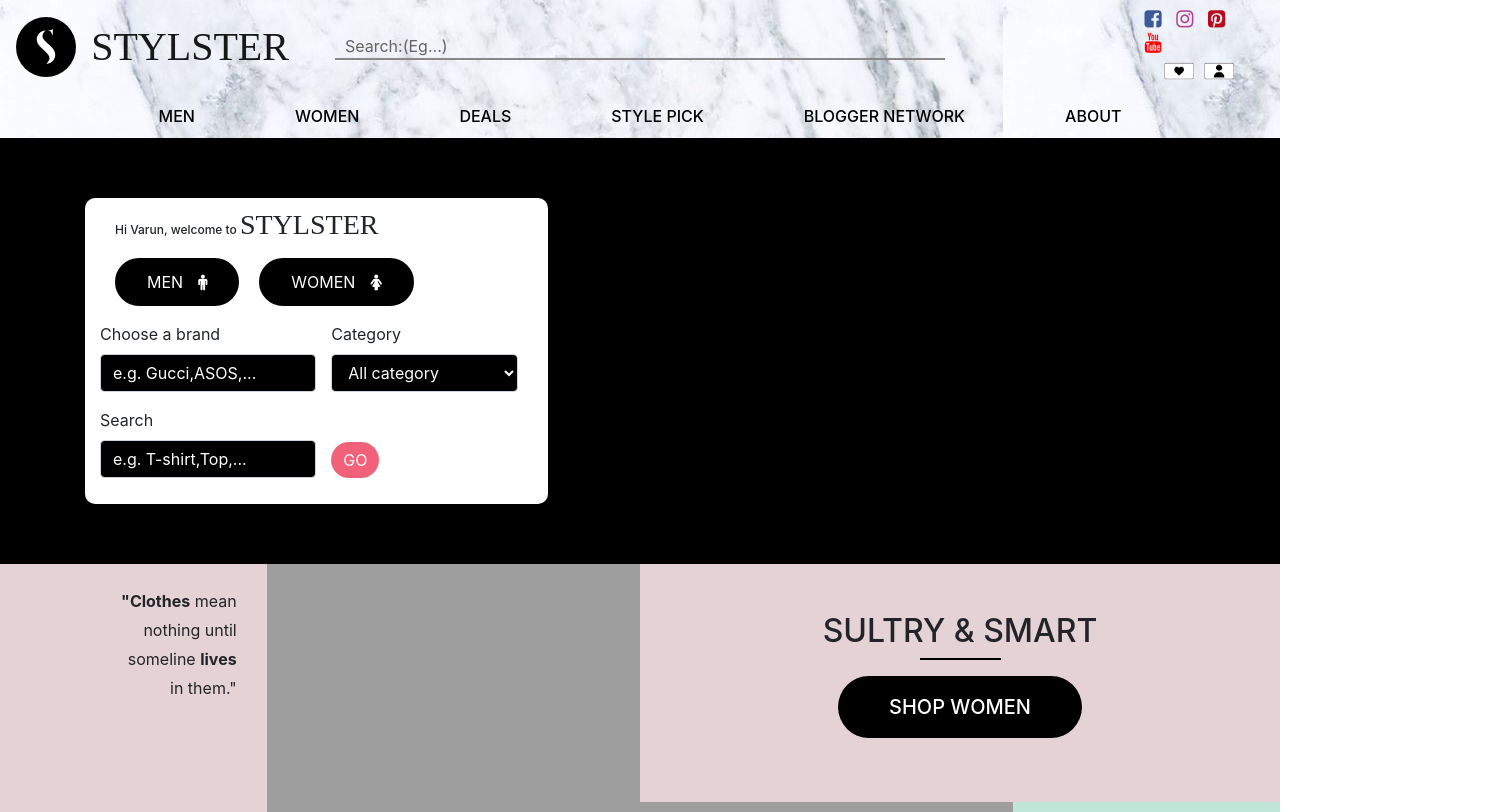
Repository: Lovekr/stylester
Page: stylster_frontend_design/index.html
These files come from the project's save history. The page is drawn as it stood at one moment and after the next save; the edit follows.
The browser window is 1280 px wide. The page is 1502 px wide, so the pictures cover 1502 px, including what lies to the right of the window. The pictures show the part of the page from y = 0 to 812 px (the page is 4577 px tall).
Pictures or frames that could not be fetched are drawn as grey boxes. Some web fonts or font styles are not loaded; a fallback is used.

Above is the page before, as saved 2020-03-13 12:17:46.

After the next save:
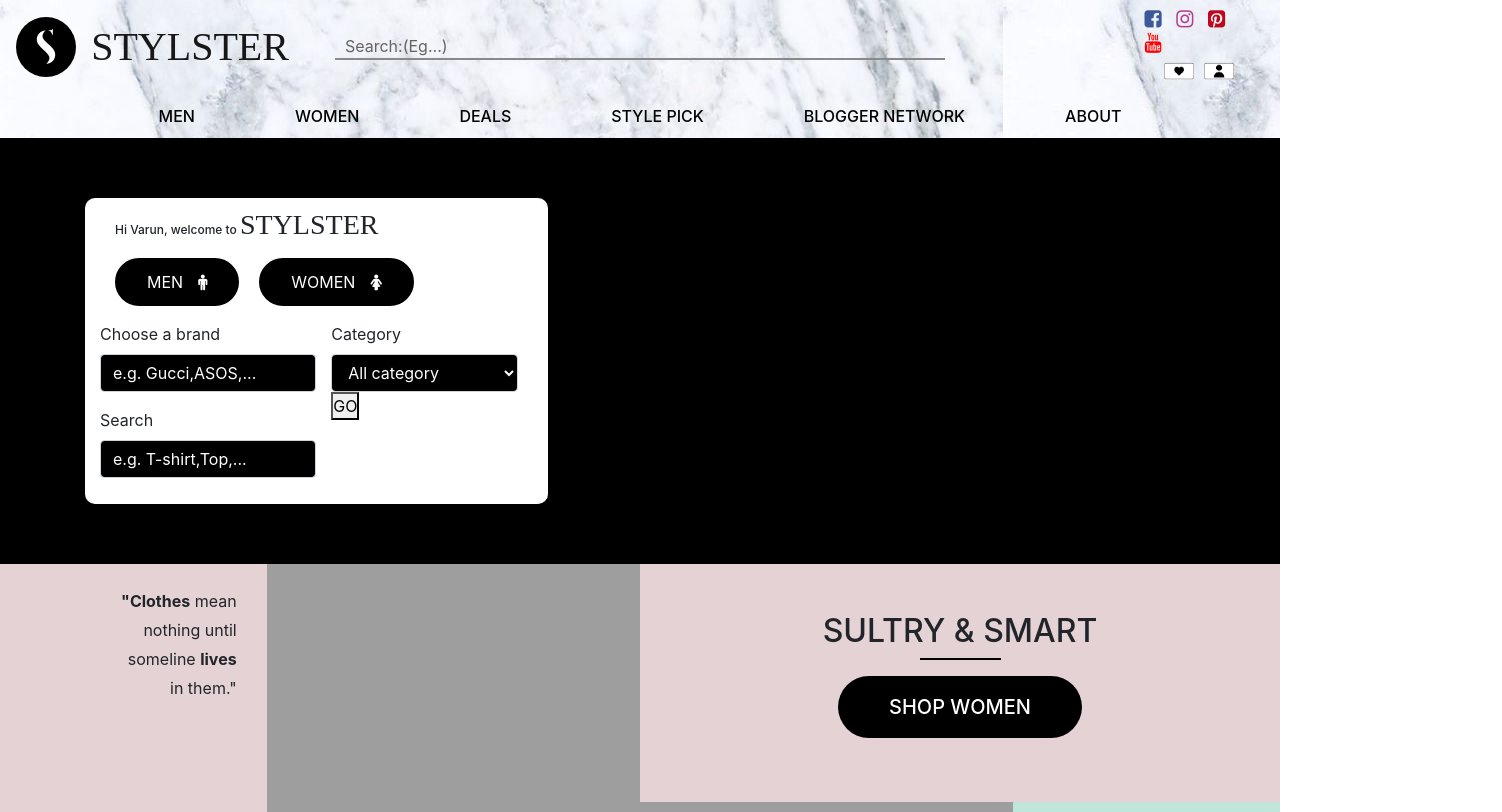
Saved 3 min 31 s later.
--- a/stylster_frontend_design/index.html
+++ b/stylster_frontend_design/index.html
@@ -95,7 +95,7 @@
                                   </select>
                             </div>
 
-                            <button class="btn btn-primary ">GO</button>
+                            <button class="">GO</button>
                         </div>
                     </div>
                 </div>
